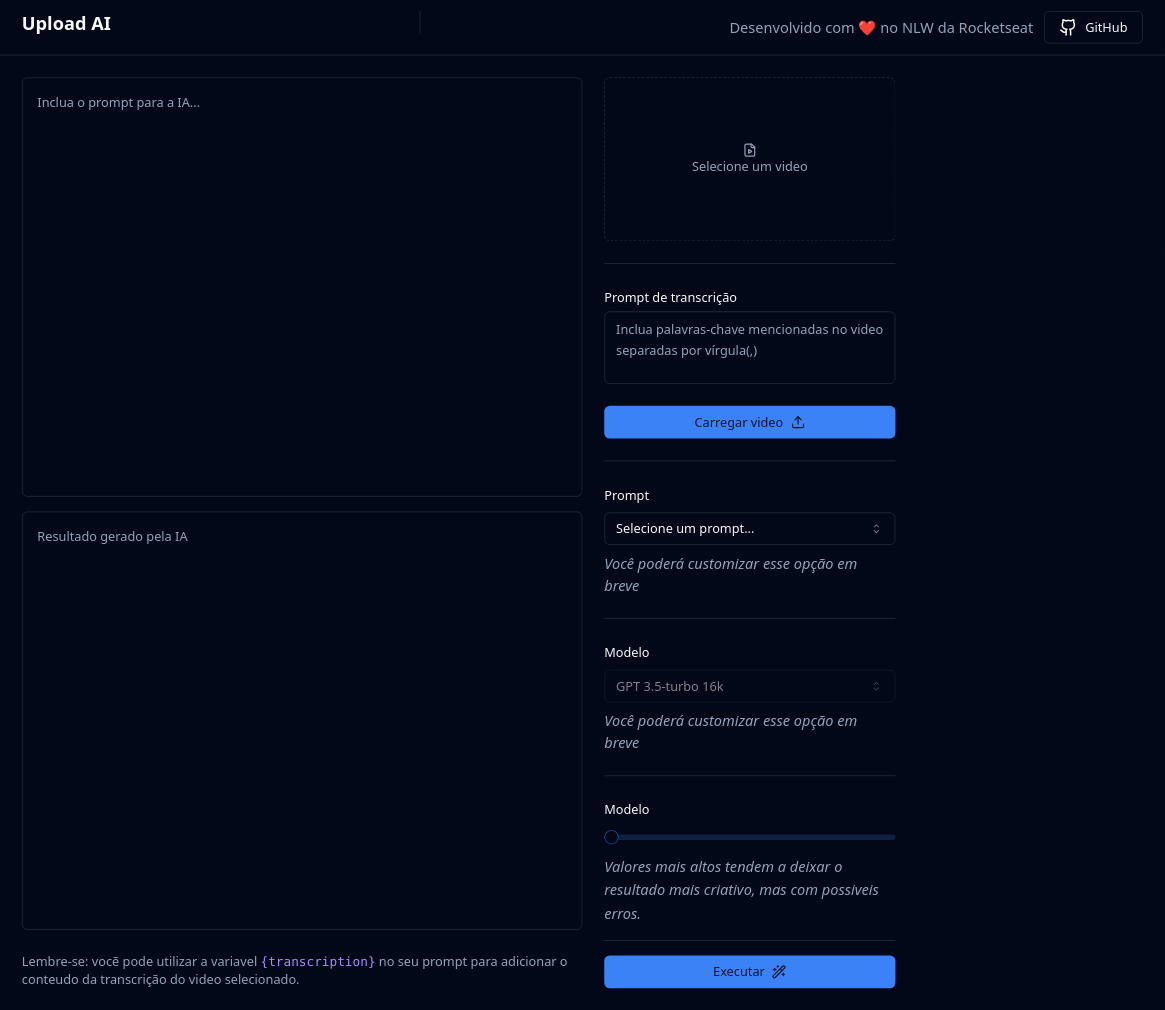
Repository: brksaian/nlw-2023-IA
Page: /
The author's editor kept a copy of each file at every save. The page is drawn from the files as they stood at one save, then again after the next save.
The browser window is 1280 px wide. The pictures show the whole page, at 91% of full size.
The project was rebuilt for these pictures with package versions that can differ from the ones it lists, and the page was loaded fresh each time. Also part of the build but not shown: vite.config.ts.

Above is the page before, as saved 2023-09-13 12:00:44.

After the next save:
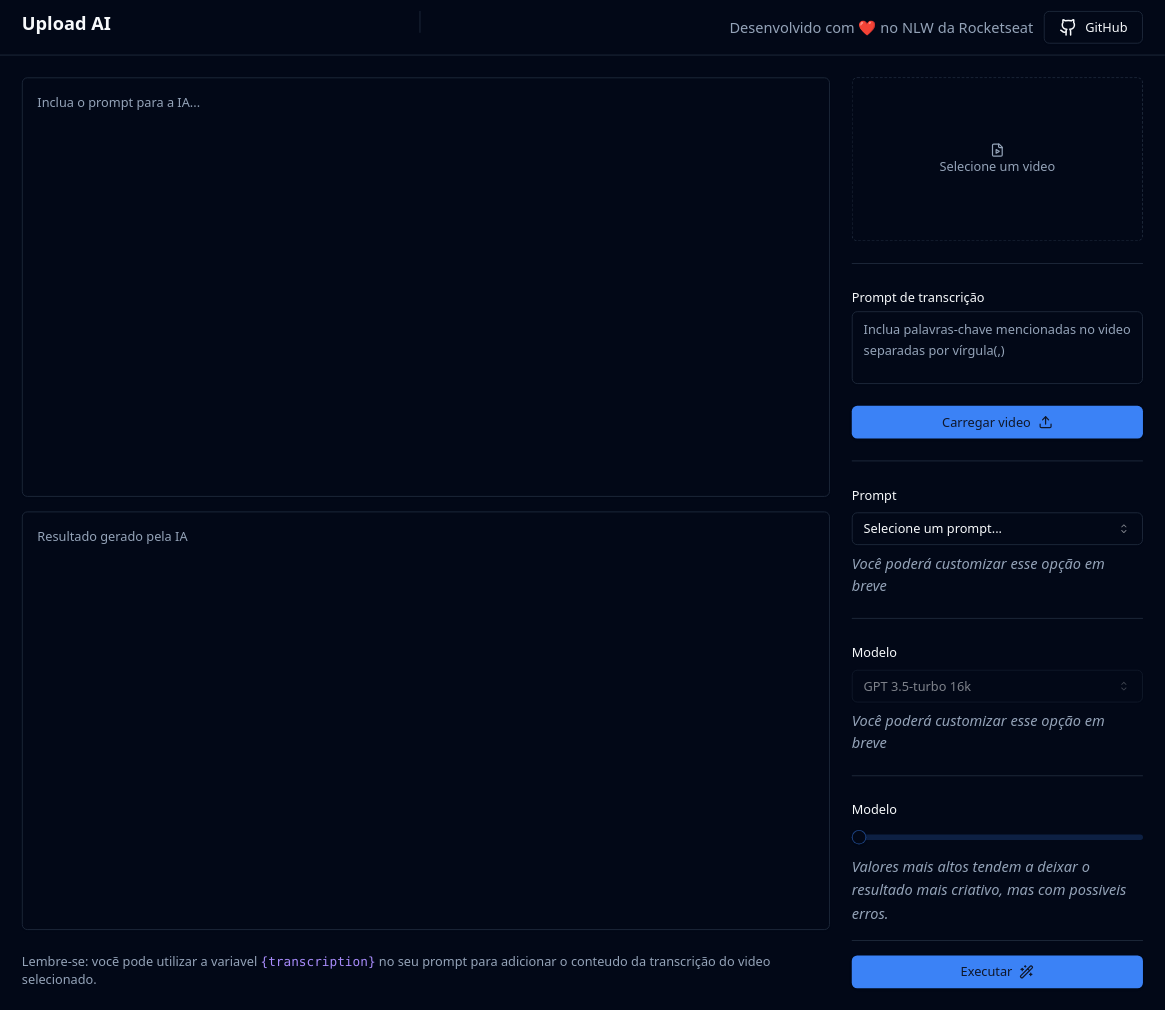
Saved 2 min 49 s later.
--- a/src/App.tsx
+++ b/src/App.tsx
@@ -31,7 +31,7 @@ export function App() {
         </div>
       </div>
       <main className="flex-1 p-6 flex gap-6">
-        <div className="flex flex-col gap-6 w-1/2">
+        <div className="flex flex-col flex-1 gap-6 w-1/2">
           <div className="grid grid-rows-2 gap-4 flex-1">
             <Textarea
               placeholder="Inclua o prompt para a IA..."
